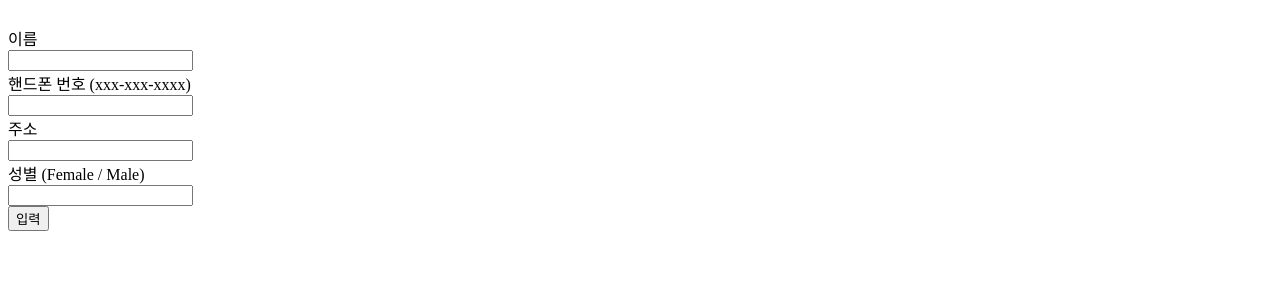
Repository: hm-park-dev/db-hw-project
Page: http://localhost/dbhw/Main/customerInput.jsp
An editor plug-in stored every save of this project. The page is shown before and after the next save, followed by the edit.
The browser window is 1280 px wide. The pictures show the whole page.
The page is served by Tomcat 9. Other server files are loaded and not shown.

Above is the page before, as saved 2020-12-24 08:57:03.

### dbhw/WebContent/Main/customerInput.jsp
<%@ page language="java" contentType="text/html; charset=EUC-KR"
    pageEncoding="EUC-KR"%>
<!DOCTYPE html>
<html>
<head>
<meta charset="EUC-KR">
<title>Customer Input</title>
</head>

<script language="javascript">
	function Insert()
	{
		var InsertForm = document.customerInsertForm;
		if(!InsertForm.customerName.value) {
			alert("이름을 입력해주세요.");
			InsertForm.customerName.focus();
			return ;
		}

		if(!InsertForm.customerPhone.value) {
			alert("핸드폰 번호를 입력해주세요.");
			InsertForm.customerPhone.focus();
			return ;
		}

		if(!InsertForm.customerAddress.value) {
			alert("주소를 입력해주세요.");
			InsertForm.customerAddress.focus();
			return ;
		}

		if(!InsertForm.customerGender.value) {
			alert("성별을 입력해주세요.");
			InsertForm.customerGender.focus();
			return ;
		}

		if(!(InsertForm.customerGender.value == "Female" || InsertForm.customerGender.value == "Male")) {
			alert("성별을 맞는 형식으로 입력해주세요.");
			InsertForm.customerGender.focus();
			return ;
		}
	}
</script>
<body>
	<form name="customerInsertForm" id="customerInsertForm" action="customerInsert.jsp">
		<br>
		이름
		<br>
		<input type="text" name="customerName" id="customerName">
		<br>
		핸드폰 번호 (xxx-xxx-xxxx)
		<br>
		<input type="text" name="customerPhone" id="customerPhone">
		<br>
		주소
		<br>
		<input type="text" name="customerAddress" id="customerAddress">
		<br>
		성별 (Female / Male)
		<br>
		<input type="text" name="customerGender" id="customerGender">
		<br>
	</form>
	<input type="button" value="입력" id="customerInput" OnClick="javascript:Insert();">
</body>
</html>

After the next save:
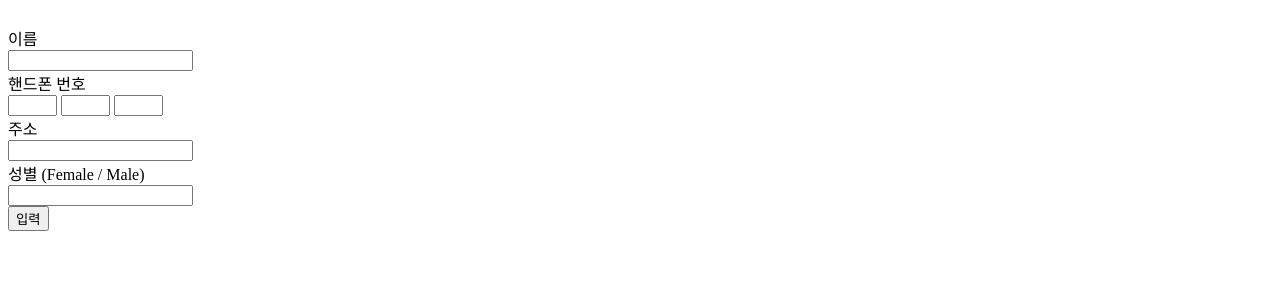
Saved 113 s later.
--- a/dbhw/WebContent/Main/customerInput.jsp
+++ b/dbhw/WebContent/Main/customerInput.jsp
@@ -17,9 +17,19 @@
 			return ;
 		}
 
-		if(!InsertForm.customerPhone.value) {
+		if(!InsertForm.customerPhone1.value) {
 			alert("핸드폰 번호를 입력해주세요.");
-			InsertForm.customerPhone.focus();
+			InsertForm.customerPhone1.focus();
+			return ;
+		}
+		if(!InsertForm.customerPhone2.value) {
+			alert("핸드폰 번호를 입력해주세요.");
+			InsertForm.customerPhone2.focus();
+			return ;
+		}
+		if(!InsertForm.customerPhone3.value) {
+			alert("핸드폰 번호를 입력해주세요.");
+			InsertForm.customerPhone3.focus();
 			return ;
 		}
 
@@ -49,9 +59,11 @@
 		<br>
 		<input type="text" name="customerName" id="customerName">
 		<br>
-		핸드폰 번호 (xxx-xxx-xxxx)
+		핸드폰 번호
 		<br>
-		<input type="text" name="customerPhone" id="customerPhone">
+		<input type="text" name="customerPhone1" id="customerPhone1" size="3" maxlength="3">
+		<input type="text" name="customerPhone2" id="customerPhone2" size="3" maxlength="3">
+		<input type="text" name="customerPhone3" id="customerPhone3" size="3" maxlength="4">
 		<br>
 		주소
 		<br>
